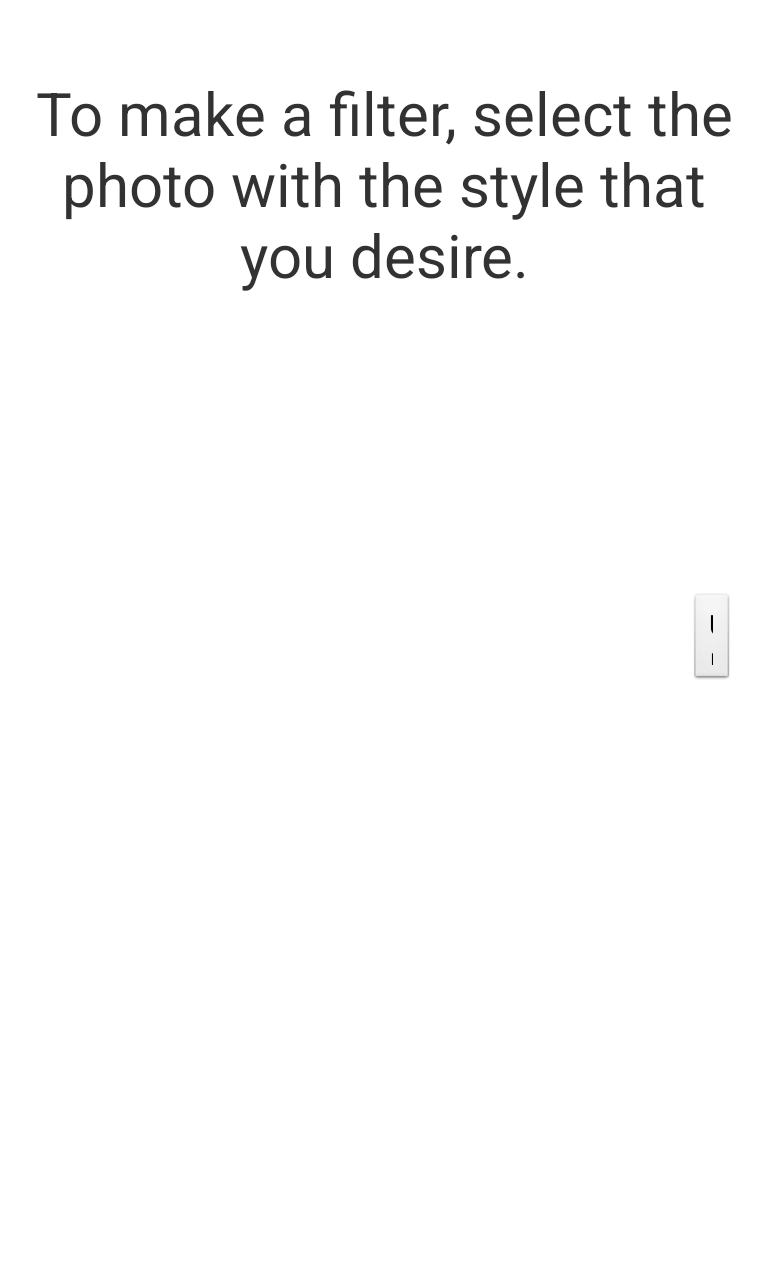
Repository: Hawaiii/filterapp
Layout: android/Filter/res/layout/activity_make.xml
These files come from the project's save history. The layout is drawn as it stood at one moment and after the next save; the edit follows.
It is drawn on a 768 x 1280 px phone screen (xhdpi) without system bars, with theme AppTheme; the app's code is not run.

Above is the layout before, as saved 2015-01-31 20:30:38.

After the next save:
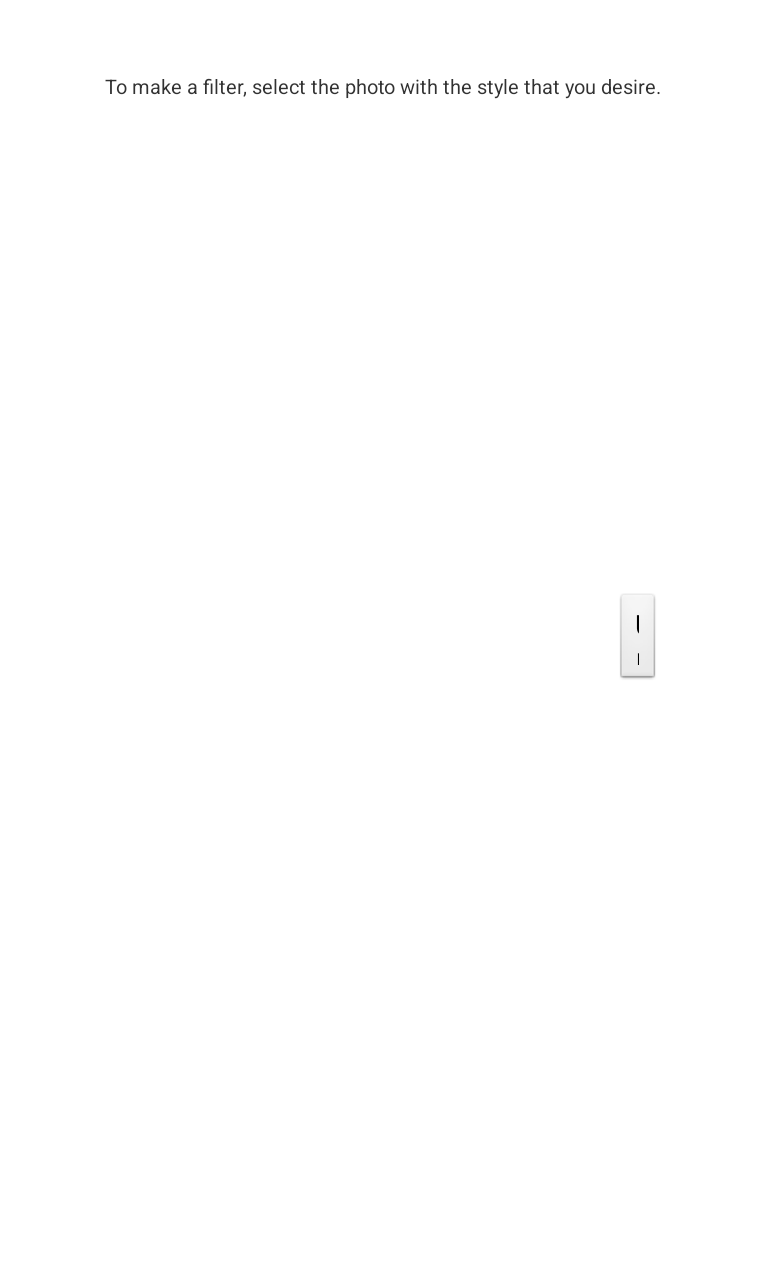
Saved 8 s later.
--- a/android/Filter/res/layout/activity_make.xml
+++ b/android/Filter/res/layout/activity_make.xml
@@ -17,7 +17,7 @@
         android:layout_marginTop="20dp"
         android:gravity="center"
         android:text="@string/make_instruction"
-        android:textSize="30dp" />
+        android:textSize="10dp" />
 
     <Button
         android:id="@+id/upload"
